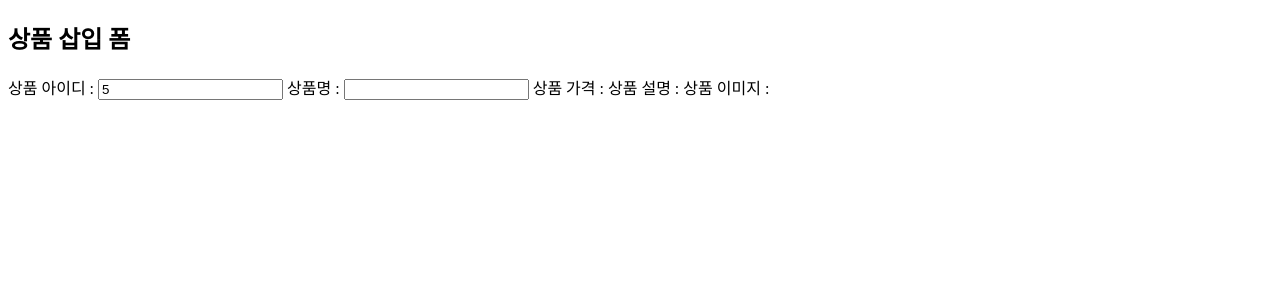
Repository: JhPlayGround/jsp
Page: http://localhost/chap03_MVC_JDBC/WEB-INF/views/jsp/insertForm.jsp
These files come from the project's save history. The page is drawn as it stood at one moment and after the next save; the edit follows.
The browser window is 1280 px wide. The pictures show the whole page.
The page is served by Tomcat 9. Nobody is signed in. The template is opened directly, without the code that normally fills it, so the values that code supplies are empty.

Above is the page before, as saved 2019-08-06 01:53:46.

After the next save:
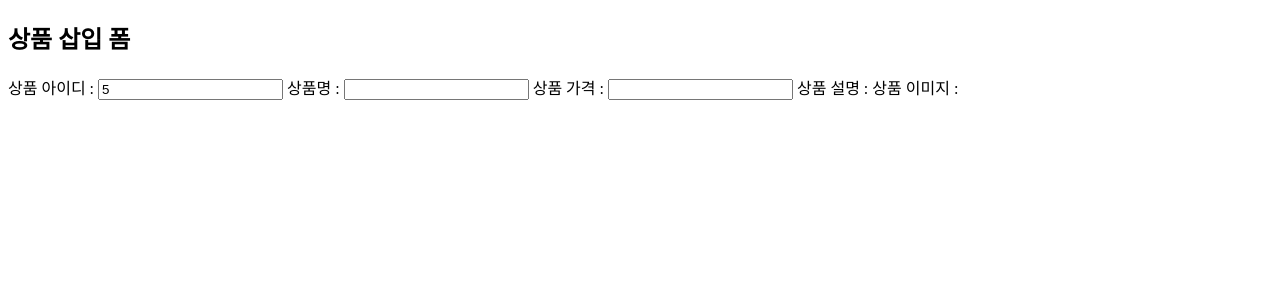
Saved 13 s later.
--- a/workspace/chap03_MVC_JDBC/src/main/webapp/WEB-INF/views/jsp/insertForm.jsp
+++ b/workspace/chap03_MVC_JDBC/src/main/webapp/WEB-INF/views/jsp/insertForm.jsp
@@ -11,7 +11,7 @@
 	<form method="post">
 		상품 아이디 : <input id = "item_id" name = "item_id" value = "5">
  		상품명 : <input id = "item_name" naem = "item_name">
-		상품 가격 :
+		상품 가격 : <input id = "item_price" name = "item_price">
 		상품 설명 :
 		상품 이미지 :
 	</form>
